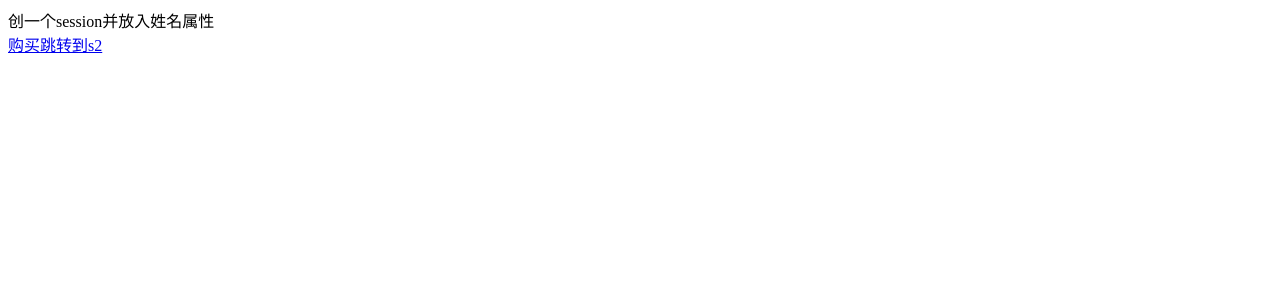
Repository: MoMentDaDa/JavaProject
Page: http://localhost/04/session/s1
These files come from the project's save history. The page is drawn as it stood at one moment and after a run of saves; the edit follows.
The browser window is 1280 px wide. The pictures show the whole page.
The page is served by Tomcat 9.

Above is the page before, as saved 2020-03-07 01:36:24.

After the next 2 saves:
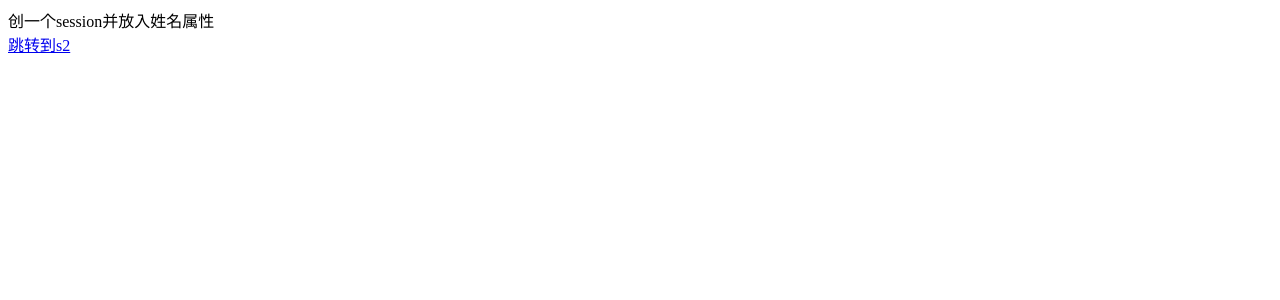
The 2 saves are shown as one change because they came seconds apart.
The last was saved 12 s later.
--- a/Servlet/04/src/Session/SessionUse.java
+++ b/Servlet/04/src/Session/SessionUse.java
@@ -28,9 +28,7 @@ public class SessionUse extends HttpServlet {
 		// 设置有效期，单位为秒，-1代表永不过期。tomcat默认30分钟
 		// session.setMaxInactiveInterval(-1);
 		String url = "/04/session/s2";
-		out.write("<a href='" + url + "'>购买</a>");
-		out.write("<a href=/04/session/s2>" + "跳转到s2" + "</a>");
-
+		out.write("<a href='" + url + "'>跳转到s2</a>");
 		// response.sendRedirect(response.encodeUrl(url));
 
 	}
